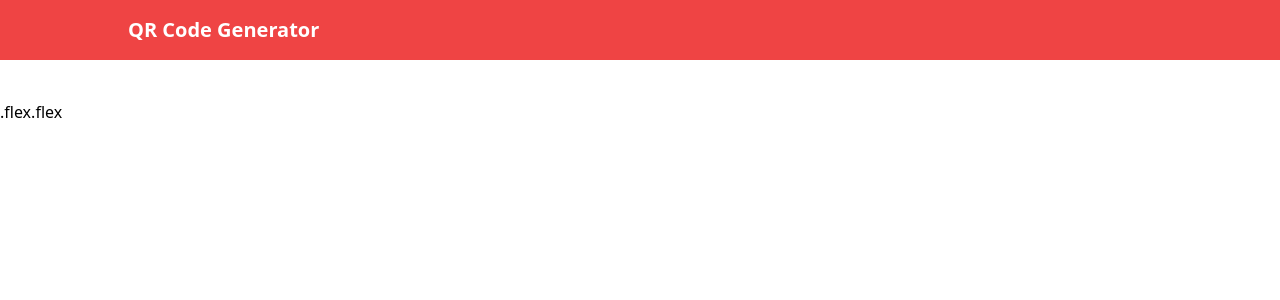
Repository: Ellisvelandia/QR-generator
Page: index.html
The author's editor kept a copy of each file at every save. The page is drawn from the files as they stood at one save, then again after the next save.
The browser window is 1280 px wide. The pictures show the whole page.
Some web libraries are served in a nearby version.

Above is the page before, as saved 2022-08-21 20:40:30.

After the next save:
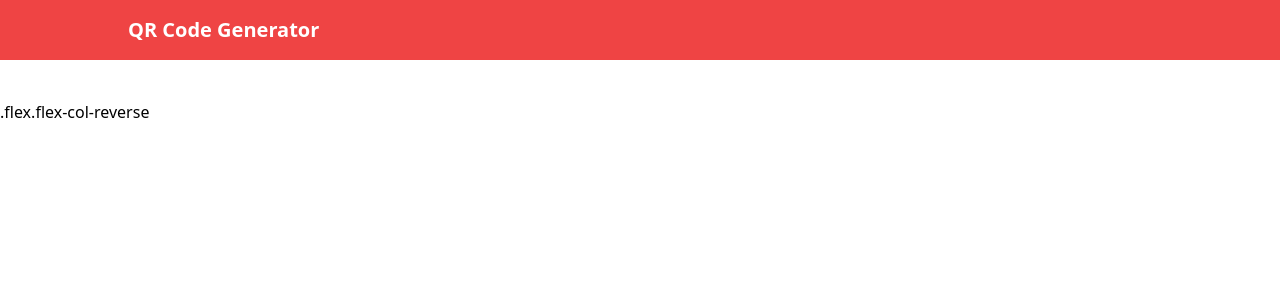
Saved 14 s later.
--- a/index.html
+++ b/index.html
@@ -34,7 +34,7 @@
       </div>
     </header>
     <main class="">
-   .flex.flex
+   .flex.flex-col-reverse
     </main>
   </body>
 </html>
